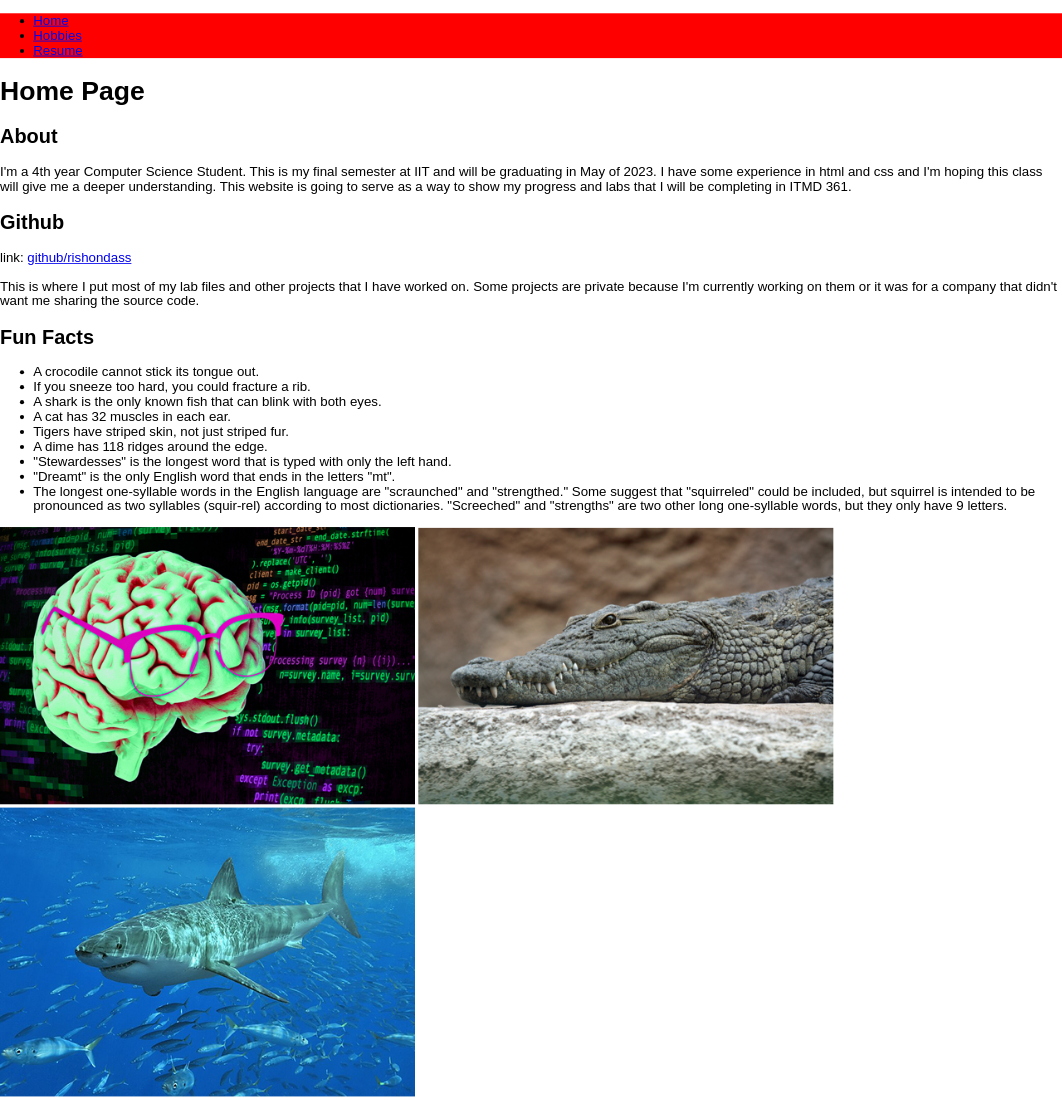
Repository: rishondass/ITMD361-Project2
Page: index.html
An editor plug-in stored every save of this project. The page is shown before and after the next save, followed by the edit.
The browser window is 1280 px wide. The pictures show the whole page, at 83% of full size.

Above is the page before, as saved 2023-03-07 21:04:24.

After the next save:
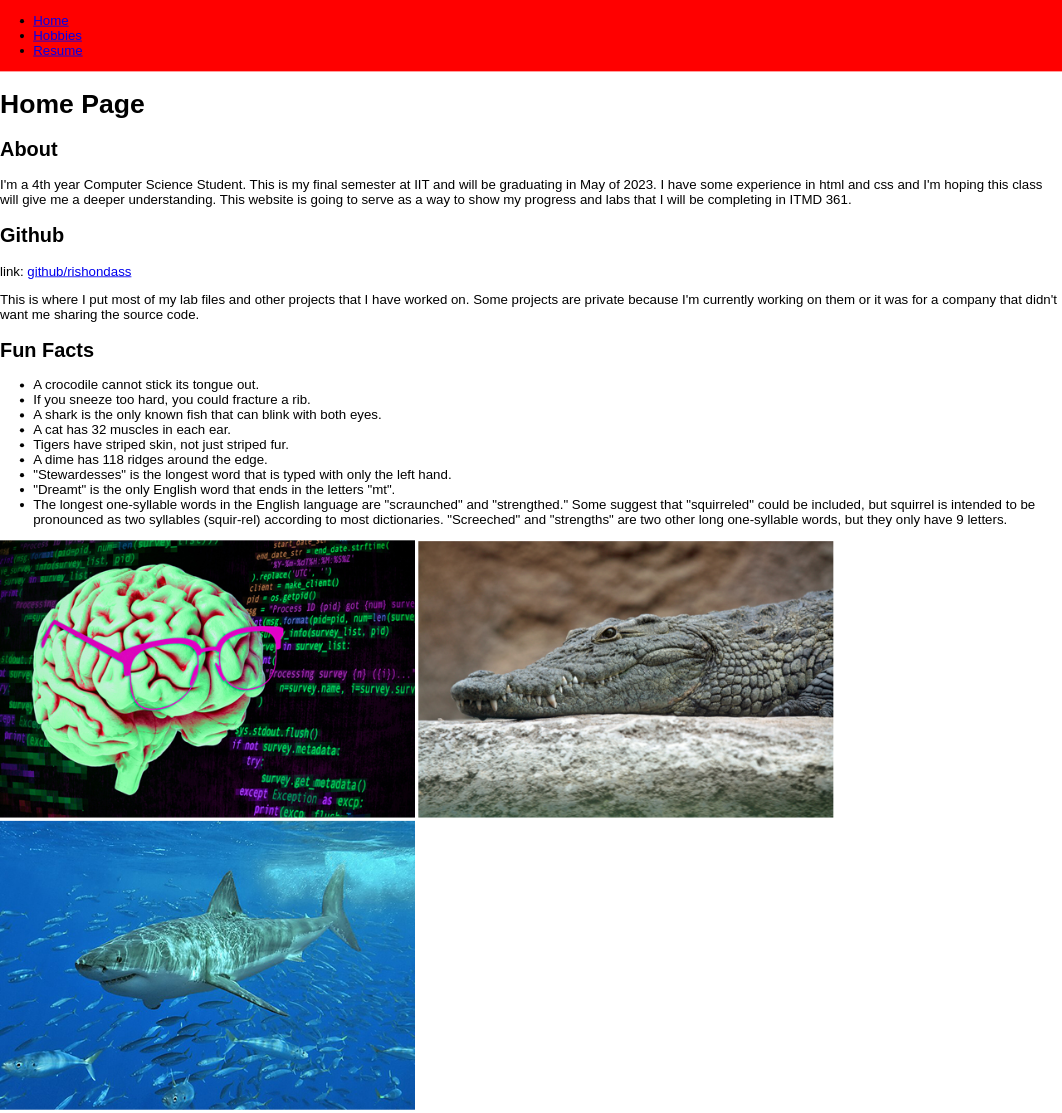
Saved 9 s later.
--- a/css/style.css
+++ b/css/style.css
@@ -1,5 +1,4 @@
 #main-nav{
     background-color: red;
-    margin: 0;
-    padding: 0;
+    overflow: hidden;
 }
